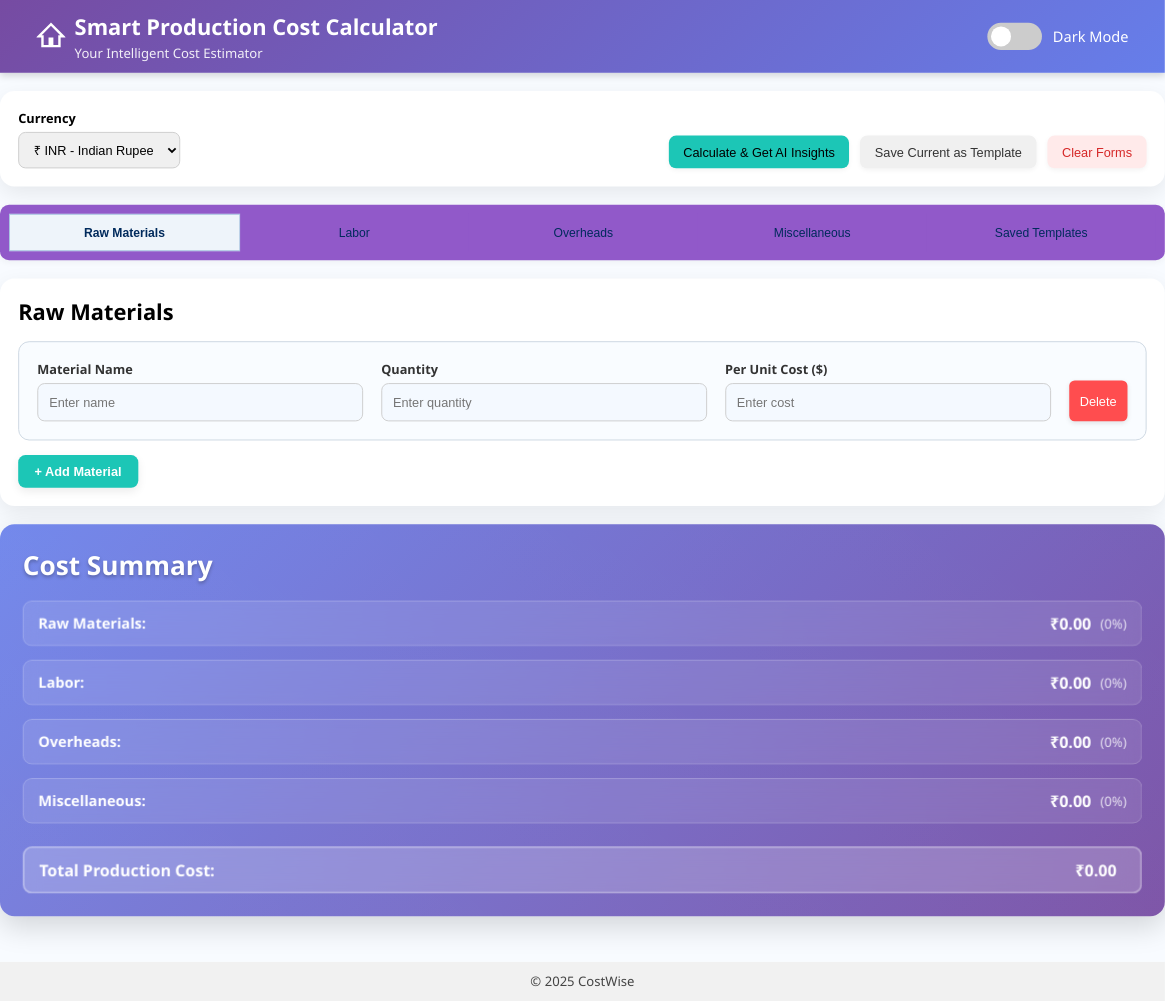
Repository: syntaxion25/COSTWISE
Page: index.html
These files come from the project's save history. The page is drawn as it stood at one moment and after the next save; the edit follows.
The browser window is 1280 px wide. The pictures show the whole page, at 91% of full size.

Above is the page before, as saved 2025-06-13 19:37:51.
Console error: ReferenceError: savedTemplates is not defined

After the next save:
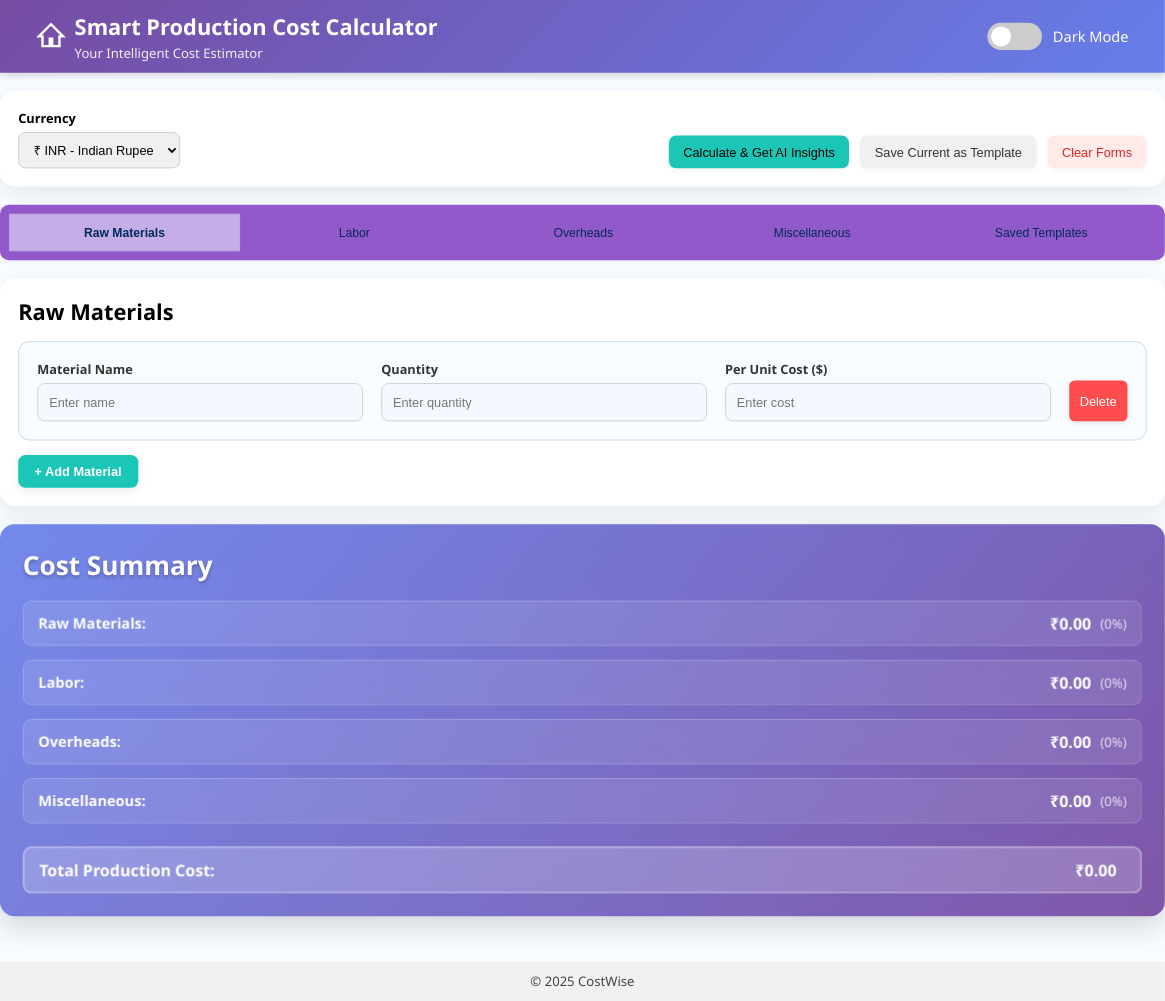
Saved 36 s later.
--- a/style.css
+++ b/style.css
@@ -282,9 +282,9 @@ svg {
 }
 
 .tab.active {
-  background-color: #eef4fa;
+  background-color: #c5ade7;
   font-weight: bold;
-  border: 1.5px solid #a4c0de;
+  border: 1.5px solid #bfa4de;
 }
 
 .tab.saved-template::before {
